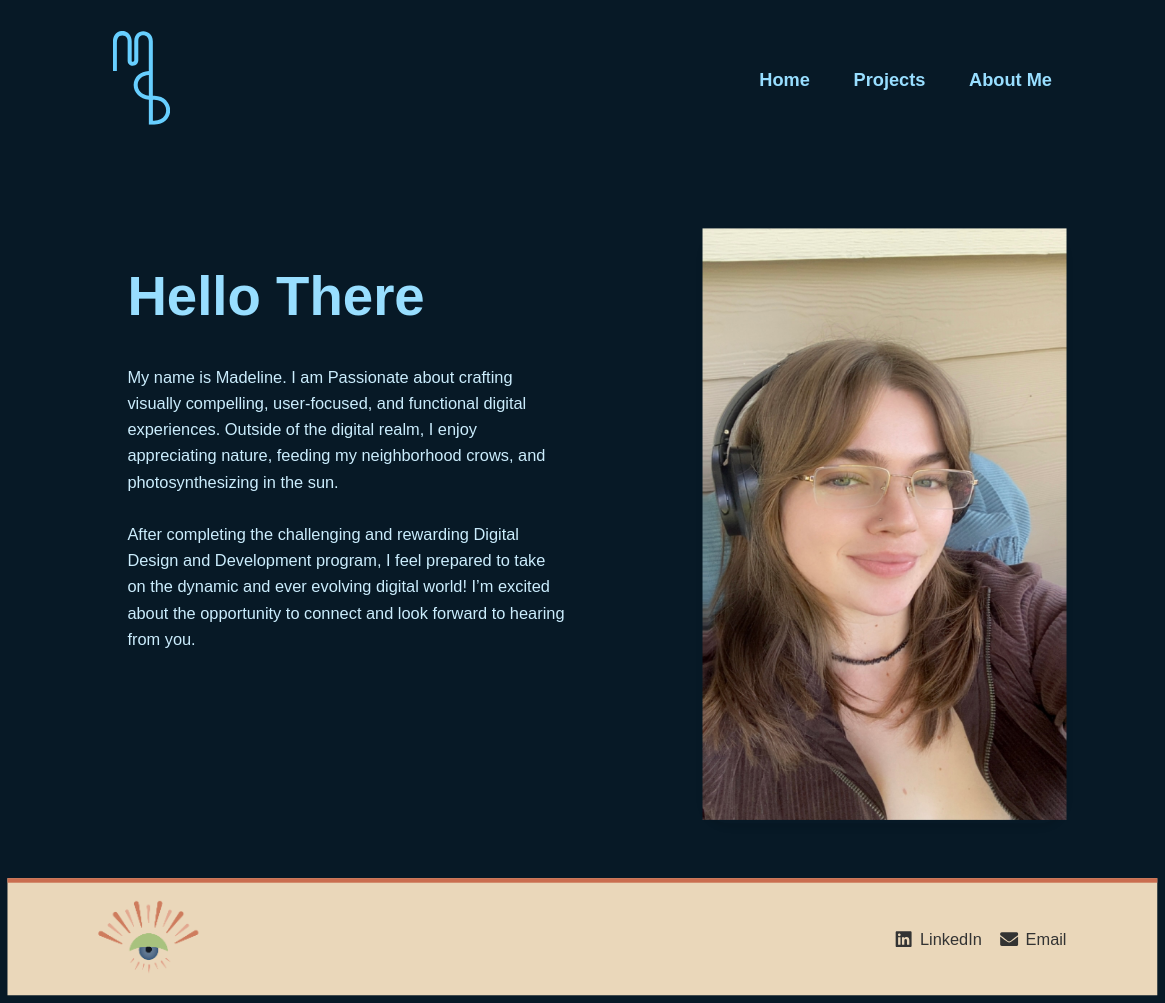
Repository: madelinestruthers/madeline-portfolio-site
Page: /about
An editor plug-in stored every save of this project. The page is shown before and after the next save, followed by the edit.
The browser window is 1280 px wide. The pictures show the whole page, at 91% of full size.
The project was rebuilt for these pictures with package versions that can differ from the ones it lists, and the page was loaded fresh each time. The framework's server and built-in components were replaced by stand-ins that run in the browser. Also part of the build but not shown: next.config.mjs.

Above is the page before, as saved 2025-02-09 19:06:47.

After the next save:
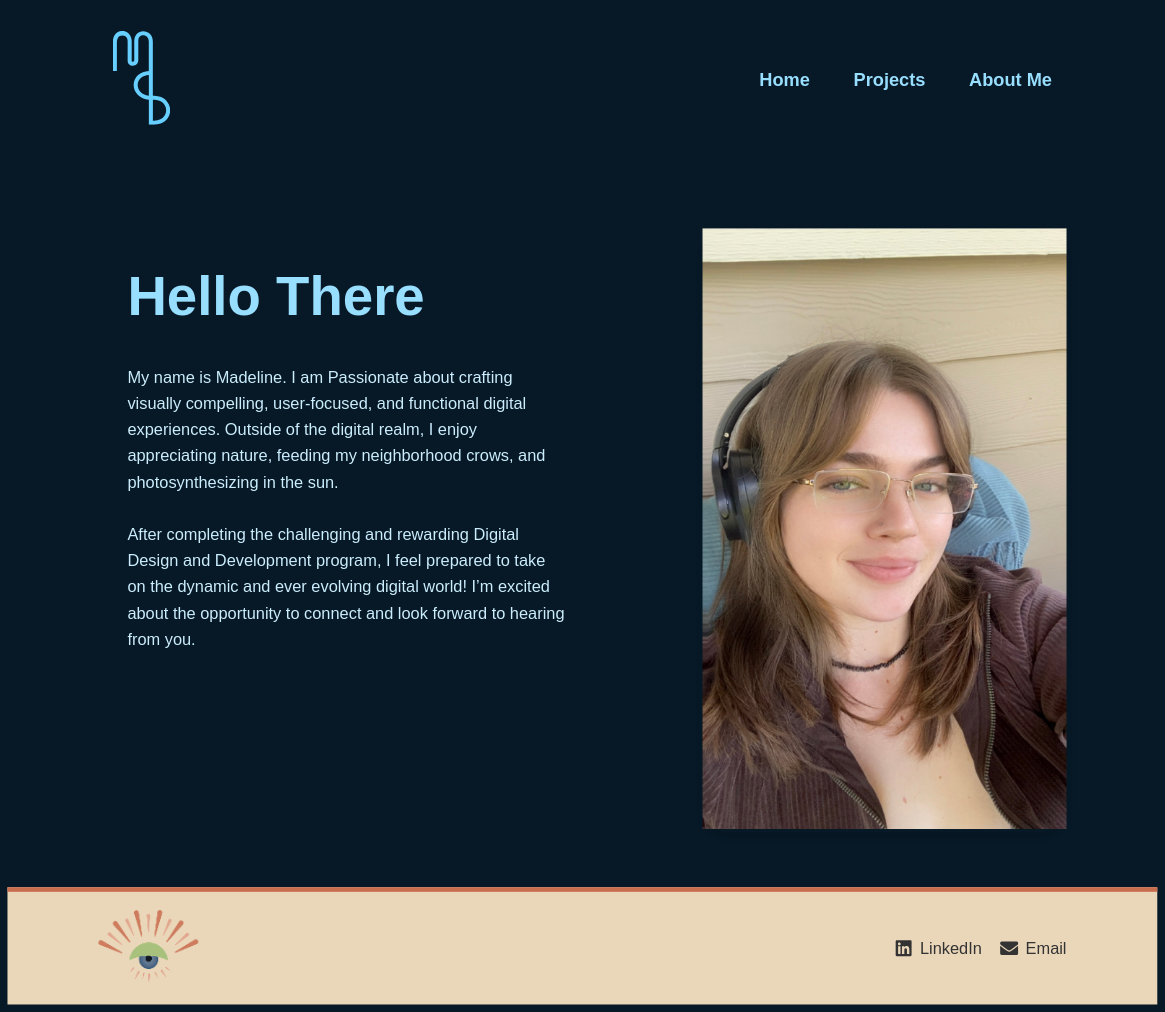
Saved 12 s later.
--- a/src/pages/about.js
+++ b/src/pages/about.js
@@ -20,7 +20,7 @@
               src="/images/portrait.jpg"
               alt="Portrait of Me"
               width={400} // Adjust width as needed
-              height={650} // Scaled height based on aspect ratio
+              height={660} // Scaled height based on aspect ratio
               priority // Preloads the image for better performance
             />
           </div>
